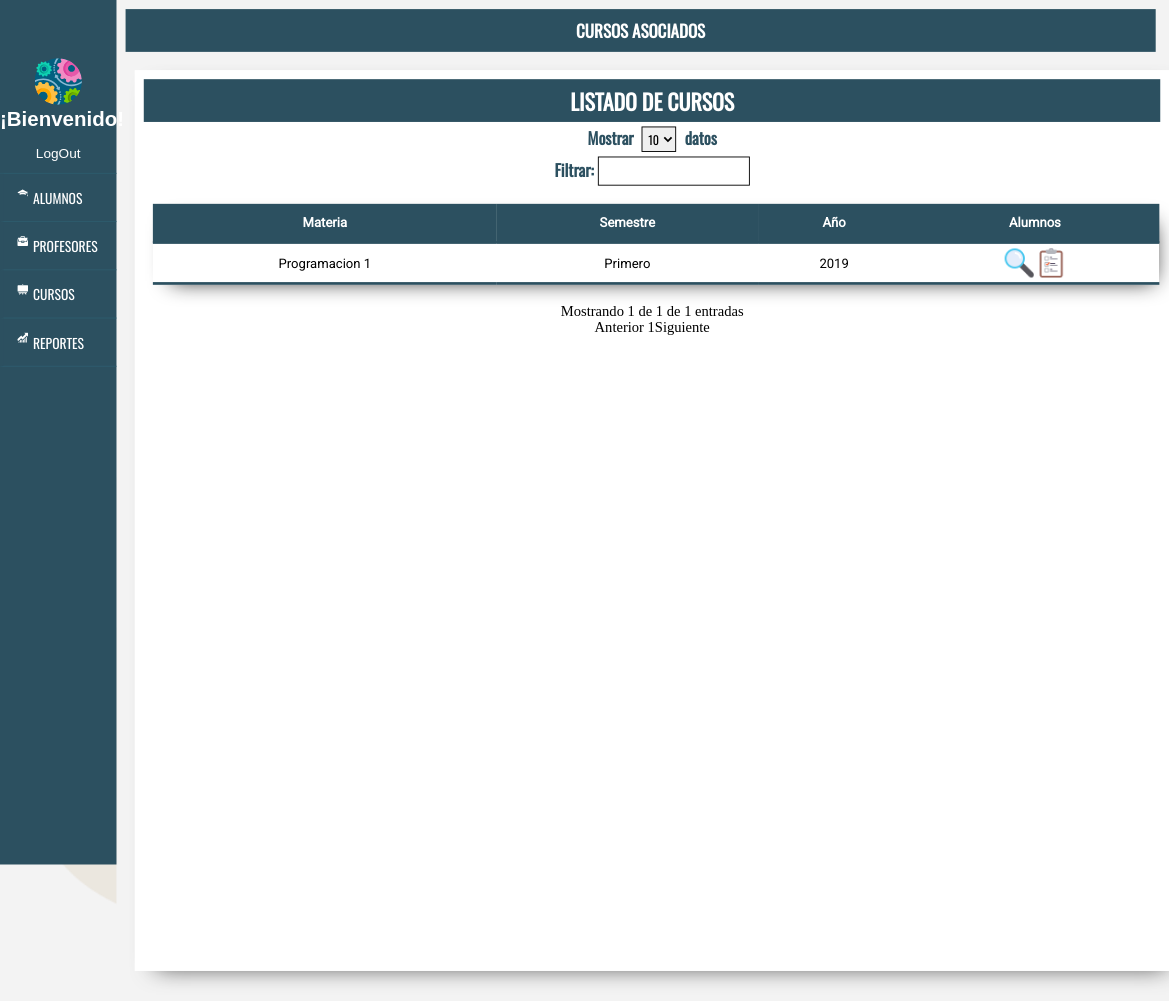
Repository: AlejandraBarrachina23/TPIntegrador_Barrachina_Java
Page: http://localhost/Alejandra_Barrachina_TP_Integrador1/cursosporprofesor.jsp
The author's editor kept a copy of each file at every save. The page is drawn from the files as they stood at one save, then again after the next save.
The browser window is 1280 px wide. The page is 1285 px wide, so the pictures cover 1285 px, including what lies to the right of the window. The pictures show the whole page, at 91% of full size.
Some web fonts or font styles are not loaded; a fallback is used. The page is served by Tomcat 9. Nobody is signed in. The application's start-up code is not run. Other server files are loaded and not shown. The database holds what the project's SQL file puts in it.

Above is the page before, as saved 2019-12-10 01:12:00.

### Alejandra_Barrachina_TP_Integrador1/WebContent/cursosporprofesor.jsp
<%@page import="Dominio.Curso"%>
<%@ page language="java" contentType="text/html; charset=ISO-8859-1"
    pageEncoding="ISO-8859-1"%>
    <%@page import="Dominio.Alumno"%>
    <%@page import="Negocio.CursoNegocio"%>
    <%@page import="java.util.ArrayList"%>
<!DOCTYPE html>
<html>
<head>
<meta charset="ISO-8859-1">
<title>Sistema Universitarios</title>
<link href="estilos.css" type="text/css" rel=stylesheet>
<link href="https://fonts.googleapis.com/css?family=Oswald&display=swap" rel="stylesheet">
<link href="https://fonts.googleapis.com/css?family=Open+Sans:400,600&display=swap" rel="stylesheet">
<link href="https://fonts.googleapis.com/css?family=Roboto&display=swap" rel="stylesheet">
<link href="https://fonts.googleapis.com/css?family=Francois+One&display=swap" rel="stylesheet">
<link href="jquery.dataTables.min.css" type="text/css" rel=sytlesheet>
<script src="jquery-3.4.1.min.js"></script>
<script src="jquery.dataTables.min.js"></script>
</head>
<body>
<nav>
<div id="user">
		<a href="index.jsp"><img id="icon-usuario" src="iconos/usuario-admin.svg" alt="imagen-usuario"></a>
		<h2>¡Bienvenido!</h2>
		<p>${usuario.usuario}</p>
		<a href="serveletUsuario">LogOut</a>
	</div>
<jsp:include page="menu-administrador.html"></jsp:include>
</nav>
<section class="section-principal">
	<div class="encabezados"><h3>CURSOS ASOCIADOS</h3></div>
	<div id="form-listado-calificaciones">
			<h2>LISTADO DE CURSOS</h2>
			<table id="table_id" class="content-table">
				<thead>
					<tr>
						<th>Materia</th>
						<th>Semestre</th>
						<th>Año</th>
						<th>Alumnos</th>
					</tr>
				</thead>
				<tbody>
					<%CursoNegocio unCursoNegocio = new CursoNegocio();
					for(Curso unCurso : unCursoNegocio.CursosxProfesor(5)){	%>
				<tr>
					<td><%= unCurso.getMateria().getNombre() %></td>
					<td><%= unCurso.getSemestre() %></td>
					<td><%= unCurso.getAnio() %></td>
				    <td>
				    	<a href="calificaciones.jsp"><input type="button" class="btn-mostrar" value=""></a>
				        <a href="calificaciones.jsp"><input type="button" class="btn-calificaciones" value=""></a>
				    </td>
				</tr><%}%>
			</tbody>
			</table>
			</div>
</section>

<script>

	$(document).ready( function () {
	    $('#table_id').DataTable();
	} );

	</script>
</body>
</html>

### Alejandra_Barrachina_TP_Integrador1/WebContent/menu-administrador.html


<style>
@import url('https://fonts.googleapis.com/css?family=Francois+One&display=swap');
</style>

	<ul>
		<a href="alumnos.jsp"><li><img class="icon" alt="cursos" src="iconos/estudiantes.svg">ALUMNOS</li></a>
		<a href="profesores.jsp"><li><img class="icon" alt="cursos" src="iconos/profesores.svg">PROFESORES</li></a>
		<a href="cursos.jsp"><li><img class="icon" alt="profesores" src="iconos/cursos.svg">CURSOS</li></a>
		<a href="reportes.jsp"><li><img class="icon" alt="cursos" src="iconos/reportes.svg">REPORTES</li></a>
	</ul>

### Alejandra_Barrachina_TP_Integrador1/src/Negocio/ICursoNegocio.java
package Negocio;
import java.sql.SQLException;
import java.util.ArrayList;
import Dominio.Curso;

public interface ICursoNegocio {

	public ArrayList<Curso> CursosxProfesor(int IdProfesor) throws SQLException;
	public ArrayList<Curso> AlumnosxCurso(Curso CursoSeleccionado);
	public void CargarNotas(Curso cursoModificar, int notaUno, int notaDos, int notaTres, int notaCuatro, int Legajo, String Estado);
}

### Alejandra_Barrachina_TP_Integrador1/src/Negocio/CursoNegocio.java
package Negocio;
import java.sql.SQLException;
import java.util.ArrayList;
import DAO.CursoDAO;
import Dominio.Curso;

public class CursoNegocio implements ICursoNegocio {

private CursoDAO unCursoDAO = new CursoDAO();

	public ArrayList<Curso> CursosxProfesor(int IdProfesor) throws SQLException {

		return unCursoDAO.CursosxProfesor(IdProfesor);
	}

	public ArrayList<Curso> AlumnosxCurso(Curso CursoSeleccionado) {

		return unCursoDAO.AlumnosxCurso(CursoSeleccionado);
	}

	public void CargarNotas(Curso cursoModificar, int notaUno, int notaDos, int notaTres, int notaCuatro, int Legajo,
			String Estado) {

		unCursoDAO.CargarNotas(cursoModificar, notaUno, notaDos, notaTres, notaCuatro, Legajo, Estado);

	}

}

### Alejandra_Barrachina_TP_Integrador1/src/DAO/CursoDAO.java
package DAO;
import java.sql.ResultSet;
import java.sql.Statement;
import java.util.ArrayList;
import com.mysql.cj.jdbc.CallableStatement;
import Dominio.Alumno;
import Dominio.Calificaciones;
import Dominio.Curso;
import Dominio.Materia;


public class CursoDAO {

	private ConexionDB nuevaConexion;

	public void AgregarCuros(Curso unNuevoCurso, int LegajoAlumno) {

	nuevaConexion = new ConexionDB();

		try {

			 CallableStatement SP_AgregarCurso = (CallableStatement) nuevaConexion.Open().prepareCall("CALL AgregarCurso(?,?,?,?,?)");
			 SP_AgregarCurso.setInt(1,unNuevoCurso.getMateria().getIdMateria());
			 SP_AgregarCurso.setString(2,unNuevoCurso.getSemestre());
			 SP_AgregarCurso.setInt(3,unNuevoCurso.getAnio());
			 SP_AgregarCurso.setInt(4,unNuevoCurso.getProfesorTitular().getLegajo());
			 SP_AgregarCurso.setInt(5,LegajoAlumno);
			 SP_AgregarCurso.execute();
		}

		catch (Exception e) {

			e.printStackTrace();
			System.out.print("No cargo "+ e);
		}

		finally {

			nuevaConexion.close();
		}
	}

	public ArrayList<Curso> CursosxProfesor(int IdProfesor) {

		ArrayList<Curso> ListadoCursos = new ArrayList<Curso>();
		nuevaConexion = new ConexionDB();
		nuevaConexion.Open();

		try {


			ResultSet TablaResultados= nuevaConexion.query("SELECT DISTINCT materia.IdMateria,materia.nombre, alumnosxcurso.semestre, alumnosxcurso.anio FROM alumnosxcurso INNER JOIN materia ON alumnosxcurso.idMateria = materia.idMateria\r\n" +
					"WHERE IdProfesor = " + IdProfesor);

			while(TablaResultados.next()) {

				Curso unCurso = new Curso();
				Materia unaMateria = new Materia();
				unaMateria.setIdMateria(TablaResultados.getInt("IdMateria"));
				unaMateria.setNombre(TablaResultados.getString("nombre"));
				unCurso.setAnio(TablaResultados.getInt("anio"));
				unCurso.setSemestre(TablaResultados.getString("semestre"));
				unCurso.setMateria(unaMateria);
				ListadoCursos.add(unCurso);
			}

		}

		catch (Exception e) {

			e.printStackTrace();
			System.out.print("No cargo "+ e);
		}

		finally {

			nuevaConexion.close();
		}

		return ListadoCursos;
	}

public ArrayList<Curso> AlumnosxCurso(Curso CursoSeleccionado) {

		ArrayList<Curso> ListadoAlumnosxCurso = new ArrayList<Curso>();
		ArrayList<Alumno> ListadoAlumnos = new ArrayList<Alumno>();
		ArrayList<Calificaciones> ListadoNotas = new ArrayList<Calificaciones>();
		nuevaConexion = new ConexionDB();
		nuevaConexion.Open();

		try {


			ResultSet TablaResultados= nuevaConexion.query("SELECT Alumnos.Legajo,Alumnos.Nombre, Alumnos.Apellido,NotaUno,NotaDos,RecuperatorioUno,RecuperatorioDos,alumnosxcurso.Estado FROM alumnosxcurso INNER JOIN "
					+ "Alumnos ON Alumnos.Legajo = alumnosxcurso.legajo WHERE idMateria="+ CursoSeleccionado.getMateria().getIdMateria() + " AND Semestre= '"+ CursoSeleccionado.getSemestre()
					+ "' AND Anio = " + CursoSeleccionado.getAnio() + " AND Idprofesor =" + CursoSeleccionado.getProfesorTitular().getLegajo());

			while(TablaResultados.next()) {

				Alumno unAlumno = new Alumno();
				Calificaciones notas = new Calificaciones();

				unAlumno.setLegajo(TablaResultados.getInt("alumnos.legajo"));
				unAlumno.setNombre(TablaResultados.getString("alumnos.nombre"));
				unAlumno.setApellido(TablaResultados.getString("alumnos.apellido"));
				notas.setParcialUno(TablaResultados.getInt("NotaUno"));
				notas.setParcialDos(TablaResultados.getInt("NotaDos"));
				notas.setRecuperatorioUno(TablaResultados.getInt("RecuperatorioUno"));
				notas.setRecuperatorioDos(TablaResultados.getInt("RecuperatorioDos"));
				notas.setEstado(TablaResultados.getString("alumnosxcurso.Estado"));
				notas.setLegajoAlumno(TablaResultados.getInt("alumnos.legajo"));
				ListadoAlumnos.add(unAlumno);
				ListadoNotas.add(notas);

			}

			Curso unCurso = new Curso();
			unCurso.setListadoAlumnos(ListadoAlumnos);
			unCurso.setListadoNotas(ListadoNotas);
			ListadoAlumnosxCurso.add(unCurso);

		}

		catch (Exception e) {

			e.printStackTrace();
			System.out.print("No cargo "+ e);
		}

		finally {

			nuevaConexion.close();
		}

		return ListadoAlumnosxCurso;
	}

	public void CargarNotas(Curso cursoModificar, int notaUno, int notaDos, int notaTres, int notaCuatro, int Legajo, String Estado) {

		nuevaConexion = new ConexionDB();

		try {

			 CallableStatement SP_ModificarNotas = (CallableStatement) nuevaConexion.Open().prepareCall("CALL ModificarNotas(?,?,?,?,?,?,?,?,?,?)");
			 SP_ModificarNotas.setInt(1,cursoModificar.getMateria().getIdMateria());
			 SP_ModificarNotas.setString(2,cursoModificar.getSemestre());
			 SP_ModificarNotas.setInt(3,cursoModificar.getAnio());
			 SP_ModificarNotas.setInt(4,cursoModificar.getProfesorTitular().getLegajo());
			 SP_ModificarNotas.setInt(5,Legajo);
			 SP_ModificarNotas.setInt(6,notaUno);
			 SP_ModificarNotas.setInt(7,notaDos);
			 SP_ModificarNotas.setInt(8,notaTres);
			 SP_ModificarNotas.setInt(9,notaCuatro);
			 SP_ModificarNotas.setString(10,Estado);
			 SP_ModificarNotas.execute();
		}

		catch (Exception e) {

			e.printStackTrace();
			System.out.print("No cargo "+ e);
		}

		finally {

			nuevaConexion.close();
		}

	}

	public boolean CursoExistente(Curso unCurso) {

		nuevaConexion = new ConexionDB();
		nuevaConexion.Open();
		boolean valor=false;

		try {

			ResultSet TablaResultados= nuevaConexion.query("select distinct IdMateria,Semestre,Anio,IdProfesor from alumnosxcurso where IdMateria= " + unCurso.getMateria().getIdMateria()+ " AND Semestre='"
			+ unCurso.getSemestre() + "' AND Anio=" + unCurso.getAnio() + " AND IdProfesor=" + unCurso.getProfesorTitular().getLegajo());



			while(TablaResultados.next()) {

				valor=true;
			}

		}

		catch (Exception e) {

			e.printStackTrace();
			System.out.print("No cargo "+ e);
		}

		finally {

			nuevaConexion.close();
		}

		return valor;
	}

}

### Alejandra_Barrachina_TP_Integrador1/src/DAO/ConexionDB.java
package DAO;
import java.sql.Statement;
import java.sql.Connection;
import java.sql.DriverManager;
import java.sql.ResultSet;
import java.sql.SQLException;

public class ConexionDB {

	private String host = "jdbc:mysql://localhost:3306/";
	private String user = "root";
	private String pass = "admin";
	private String dbName = "SistemaUniversitario?useUnicode=true&useJDBCCompliantTimezoneShift=true&useLegacyDatetimeCode=false&serverTimezone=UTC";

	protected Connection connection;

	public Connection Open()
	{
		try
		{
			Class.forName("com.mysql.jdbc.Driver");
			this.connection = DriverManager.getConnection(host+dbName, user, pass);
		}
		catch(Exception e)
		{
			e.printStackTrace();
		}
		return this.connection;
	}

	public ResultSet query(String query)
	{
		Statement st;
		ResultSet rs=null;
		try
		{
			st= connection.createStatement();
			rs= st.executeQuery(query);
		}
		catch(SQLException e)
		{
			e.printStackTrace();
		}
		return rs;
	}

	public boolean execute(String query)
	{
		Statement st;
		boolean save = true;
		try {
			st = connection.createStatement();
		    st.executeUpdate(query);
		}
		catch(SQLException e)
		{
			save = false;
			e.printStackTrace();
		}
		return save;
	}

	public boolean close()
	{
		boolean ok=true;
		try {
			connection.close();
		}
		catch(Exception e)
		{
			ok= false;
			e.printStackTrace();
		}
		return ok;
	}


}

### Alejandra_Barrachina_TP_Integrador1/src/Dominio/Curso.java
package Dominio;

import java.util.ArrayList;

public class Curso {

	private Materia Materia;
	private String Semestre;
	private int anio;
	private Profesor ProfesorTitular;
	private ArrayList <Alumno> ListadoAlumnos;
	private ArrayList <Calificaciones> ListadoNotas;

	public Materia getMateria() {
		return Materia;
	}
	public void setMateria(Materia materia) {
		Materia = materia;
	}
	public String getSemestre() {
		return Semestre;
	}
	public void setSemestre(String semestre) {
		Semestre = semestre;
	}
	public int getAnio() {
		return anio;
	}
	public void setAnio(int anio) {
		this.anio = anio;
	}
	public Profesor getProfesorTitular() {
		return ProfesorTitular;
	}
	public void setProfesorTitular(Profesor profesorTitular) {
		ProfesorTitular = profesorTitular;
	}
	public ArrayList<Alumno> getListadoAlumnos() {
		return ListadoAlumnos;
	}
	public void setListadoAlumnos(ArrayList<Alumno> listadoAlumnos) {
		ListadoAlumnos = listadoAlumnos;
	}

	public ArrayList<Calificaciones> getListadoNotas() {
		return ListadoNotas;
	}
	public void setListadoNotas(ArrayList<Calificaciones> listadoNotas) {
		ListadoNotas = listadoNotas;
	}


}

### Alejandra_Barrachina_TP_Integrador1/src/Dominio/Materia.java
package Dominio;

public class Materia {

	private int IdMateria;
	private String Nombre;

	public int getIdMateria() {
		return IdMateria;
	}
	public void setIdMateria(int idMateria) {
		IdMateria = idMateria;
	}
	public String getNombre() {
		return Nombre;
	}
	public void setNombre(String nombre) {
		Nombre = nombre;
	}

}

### Alejandra_Barrachina_TP_Integrador1/build/classes/backupDB.sql (the tables this page reads)
CREATE TABLE `alumnosxcurso` (
  `IdMateria` int(5) NOT NULL,
  `Semestre` varchar(8) NOT NULL,
  `Anio` int(4) NOT NULL,
  `IdProfesor` int(5) NOT NULL,
  `Legajo` int(5) NOT NULL,
  `NotaUno` int(2) DEFAULT '0',
  `NotaDos` int(2) DEFAULT '0',
  `RecuperatorioUno` int(2) DEFAULT '0',
  `RecuperatorioDos` int(2) DEFAULT '0',
  `Estado` varchar(7) NOT NULL DEFAULT 'Regular',
  PRIMARY KEY (`IdMateria`,`Semestre`,`Anio`,`IdProfesor`,`Legajo`)
) ENGINE=InnoDB DEFAULT CHARSET=utf8mb4 COLLATE=utf8mb4_0900_ai_ci;

INSERT INTO `alumnosxcurso` VALUES (1,'Primero',2019,5,1,10,6,0,0,'Regular'),(1,'Primero',2019,5,2,5,10,10,0,'Regular'),(1,'Primero',2019,5,3,0,0,0,0,'Regular'),(1,'Primero',2019,5,4,0,0,0,0,'Regular'),(1,'Primero',2019,5,5,0,0,0,0,'Regular'),(1,'Primero',2019,5,6,0,0,0,0,'Regular'),(1,'Primero',2019,5,7,0,0,0,0,'Regular'),(1,'Primero',2019,5,8,0,0,0,0,'Regular'),(1,'Primero',2019,5,9,0,0,0,0,'Regular'),(1,'Primero',2019,5,10,0,0,0,0,'Regular');

CREATE TABLE `materia` (
  `IdMateria` int(5) NOT NULL AUTO_INCREMENT,
  `Nombre` varchar(50) NOT NULL,
  PRIMARY KEY (`IdMateria`)
) ENGINE=InnoDB AUTO_INCREMENT=22 DEFAULT CHARSET=utf8mb4 COLLATE=utf8mb4_0900_ai_ci;

INSERT INTO `materia` VALUES (1,'Programacion 1'),(2,'SPD'),(3,'Matematica'),(4,'Ingles'),(5,'Laboratorio 1'),(6,'Programacion 2'),(7,'ARSO'),(8,'Estadistica'),(9,'Ingles 2'),(10,'Laboratorio 2'),(11,'Metodologia Investigacion'),(12,'Programacion 3'),(13,'Contabilidad'),(14,'Organizacion Empresarial'),(15,'Elementos'),(16,'Laboratorio 3'),(17,'Metodologia Sistemas'),(18,'Base de Datos'),(19,'Legislacion'),(20,'Laboratorio 4'),(21,'Practica Profesional');

### Alejandra_Barrachina_TP_Integrador1/WebContent/menu-profesores.html

	<ul>
		<a href="cursosporprofesor.jsp"><li><img class="icon" alt="profesores" src="iconos/cursos.svg">CURSOS</li></a>
	</ul>

Loaded but not shown: Alejandra_Barrachina_TP_Integrador1/WebContent/jquery-3.4.1.min.js (library); Alejandra_Barrachina_TP_Integrador1/WebContent/jquery.dataTables.min.js (library); Alejandra_Barrachina_TP_Integrador1/WebContent/iconos/usuario-admin.svg (1 lines, source omitted); Alejandra_Barrachina_TP_Integrador1/WebContent/iconos/reportes.svg (10 lines, source omitted); Alejandra_Barrachina_TP_Integrador1/WebContent/iconos/cursos.svg (6 lines, source omitted); Alejandra_Barrachina_TP_Integrador1/WebContent/iconos/estudiantes.svg (7 lines, source omitted); Alejandra_Barrachina_TP_Integrador1/WebContent/iconos/profesores.svg (2 lines, source omitted); Alejandra_Barrachina_TP_Integrador1/WebContent/estilos.css (1216 lines, source omitted)

After the next save:
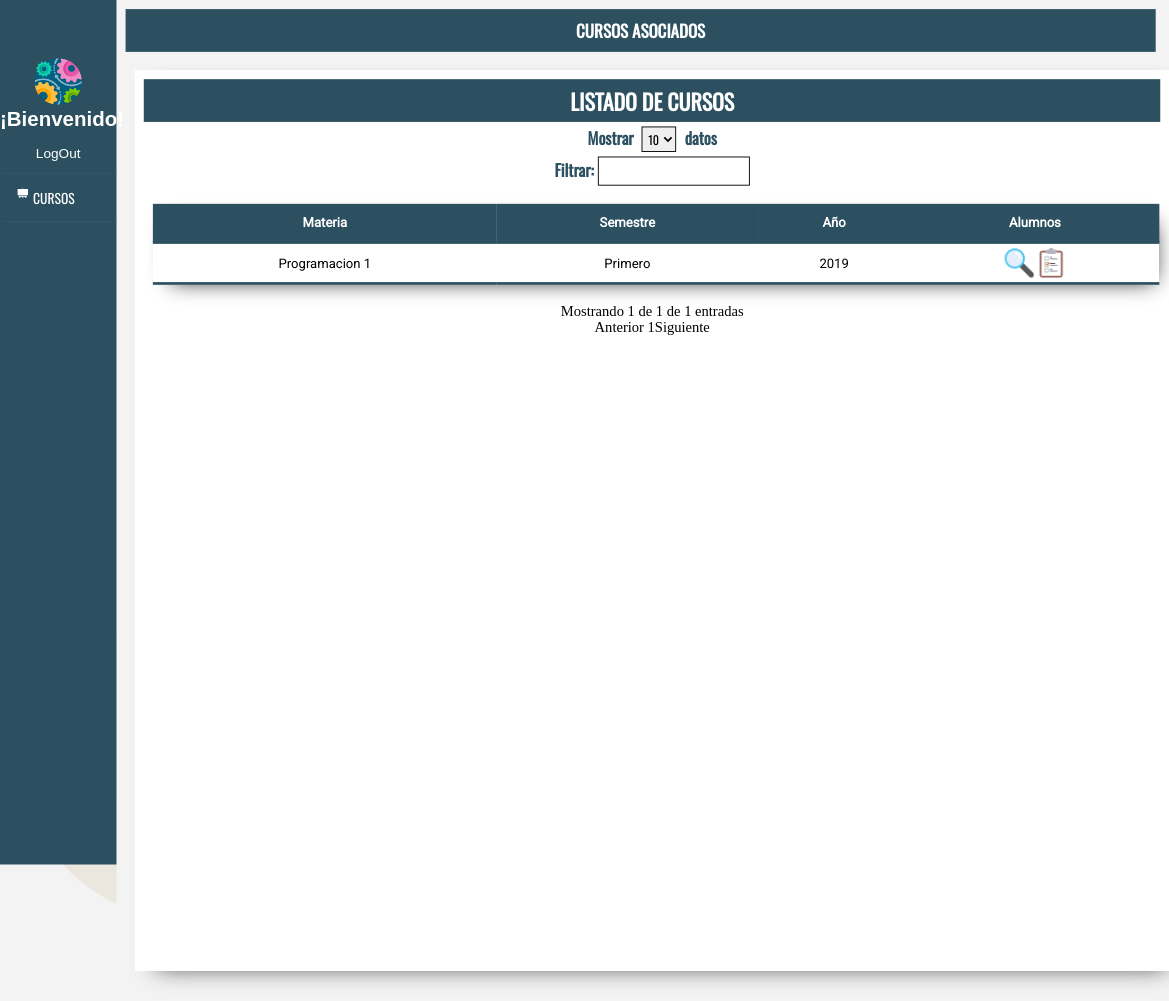
Saved 5 s later.
--- a/Alejandra_Barrachina_TP_Integrador1/WebContent/cursosporprofesor.jsp
+++ b/Alejandra_Barrachina_TP_Integrador1/WebContent/cursosporprofesor.jsp
@@ -26,7 +26,7 @@
 		<p>${usuario.usuario}</p>
 		<a href="serveletUsuario">LogOut</a>
 	</div>
-<jsp:include page="menu-administrador.html"></jsp:include>
+<jsp:include page="menu-profesores.html"></jsp:include>
 </nav>
 <section class="section-principal">
 	<div class="encabezados"><h3>CURSOS ASOCIADOS</h3></div>
